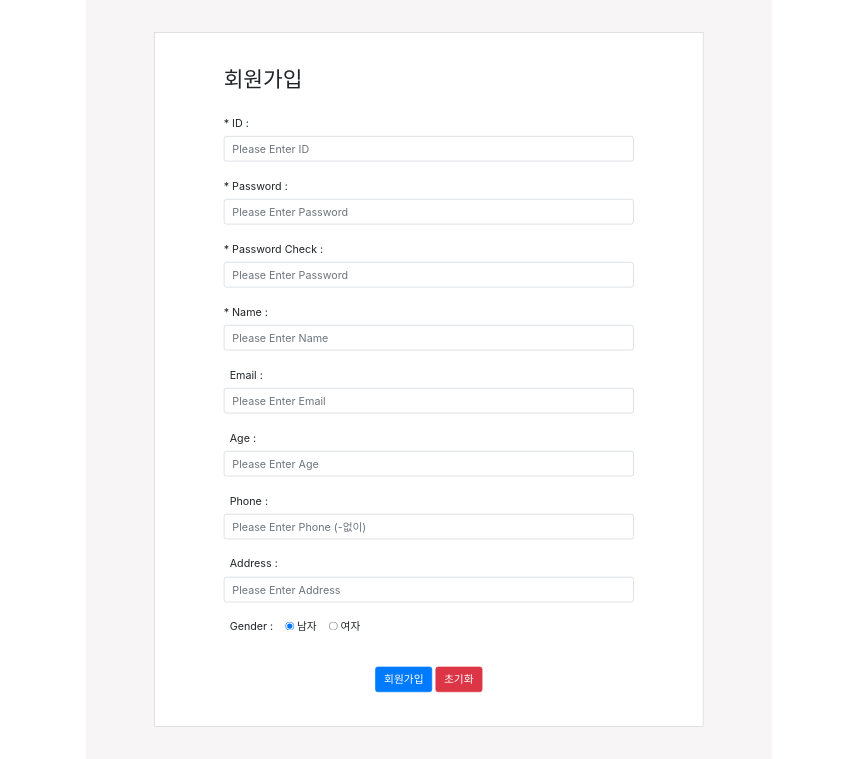
Repository: dongja86/spring
Page: http://localhost/springProject/WEB-INF/views/member/memberEnrollForm.jsp
An editor plug-in stored every save of this project. The page is shown before and after the next save, followed by the edit.
The browser window is 1280 px wide. The pictures show the whole page, at 67% of full size.
Pictures or frames that could not be fetched are drawn as grey boxes. The page is served by Tomcat 9. Nobody is signed in. The template is opened directly, without the code that normally fills it, so the values that code supplies are empty.

Above is the page before, as saved 2024-04-17 03:04:48.

After the next save:
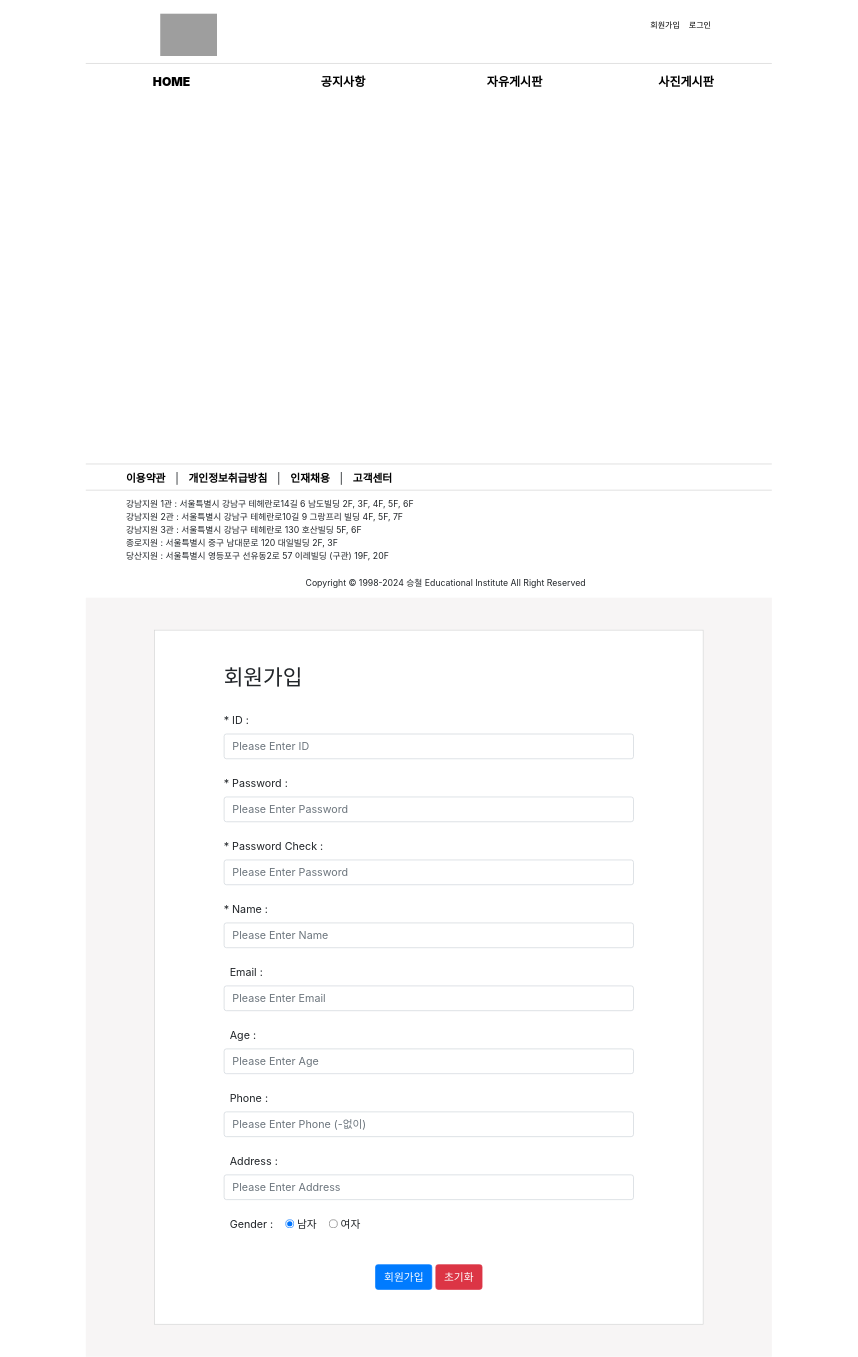
Saved 14 s later.
--- a/springProject/src/main/webapp/WEB-INF/views/member/memberEnrollForm.jsp
+++ b/springProject/src/main/webapp/WEB-INF/views/member/memberEnrollForm.jsp
@@ -29,7 +29,7 @@
 <body>
 
     <!-- 메뉴바 -->
-    <jsp:include page="" />
+    <jsp:include page="../main.jsp" />
 
     <div class="content">
         <br><br>
